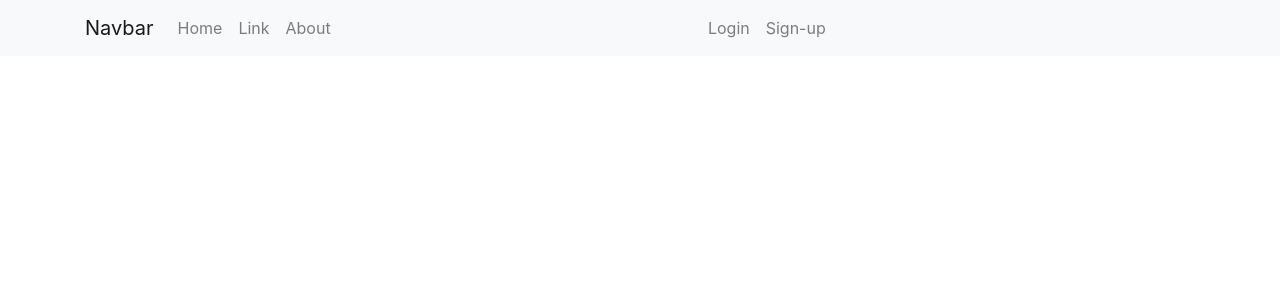
Repository: Mietlicha/exercise2
Page: index.html
The author's editor kept a copy of each file at every save. The page is drawn from the files as they stood at one save, then again after the next save.
The browser window is 1280 px wide. The pictures show the whole page.

Above is the page before, as saved 2019-10-22 19:11:45.

### index.html
<!DOCTYPE html>
<html lang="en">

<head>
    <meta charset="UTF-8">
    <meta name="viewport" content="width=device-width, initial-scale=1.0">
    <meta http-equiv="X-UA-Compatible" content="ie=edge">
    <title>Document</title>
    <link rel="stylesheet" href="https://stackpath.bootstrapcdn.com/bootstrap/4.3.1/css/bootstrap.min.css"
        integrity="sha384-ggOyR0iXCbMQv3Xipma34MD+dH/1fQ784/j6cY/iJTQUOhcWr7x9JvoRxT2MZw1T" crossorigin="anonymous">
    <link rel="stylesheet" href="style.css">

</head>

<body>
    <nav class="navbar navbar-expand-lg navbar-light bg-light">
        <div class="container">
        <a class="navbar-brand" href="#">Navbar</a>
        <ul class="navbar-nav mr-auto mt-2 mt-lg-0">
            <li class="nav-item">
                <a class="nav-link" href="#">Home <span class="sr-only">(current)</span></a>
            </li>
            <li class="nav-item">
                <a class="nav-link" href="#">Link</a>
            </li>
            <li class="nav-item">
                <a class="nav-link" href="#">About</a>
            </li>
        </ul>
        <ul class="navbar-nav mr-auto mt-2 mt-lg-0 navbar-right">
            <li class="nav-item">
                <a class="nav-link" href="#">Login<span class="sr-only">(current)</span></a>
            </li>
            <li class="nav-item">
                <a class="nav-link" href="#">Sign-up</a>
            </li>
        </ul>
    </div>
    </nav>

</body>

</html>

### style.css
.jumbotron{
    background-color: rgb(64, 196, 196);
}

After the next save:
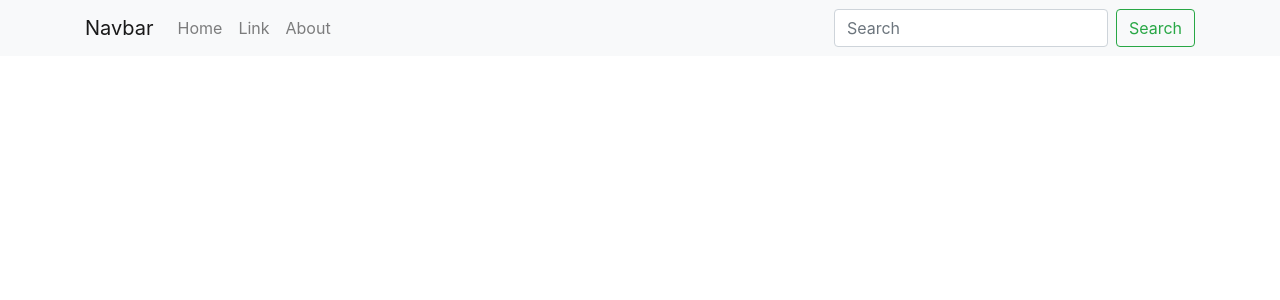
Saved 11 min 26 s later.
--- a/index.html
+++ b/index.html
@@ -27,14 +27,10 @@
                 <a class="nav-link" href="#">About</a>
             </li>
         </ul>
-        <ul class="navbar-nav mr-auto mt-2 mt-lg-0 navbar-right">
-            <li class="nav-item">
-                <a class="nav-link" href="#">Login<span class="sr-only">(current)</span></a>
-            </li>
-            <li class="nav-item">
-                <a class="nav-link" href="#">Sign-up</a>
-            </li>
-        </ul>
+        <form class="form-inline my-2 my-lg-0">
+                <input class="form-control mr-sm-2" type="search" placeholder="Search" aria-label="Search">
+                <button class="btn btn-outline-success my-2 my-sm-0" type="submit">Search</button>
+              </form>
     </div>
     </nav>
 
